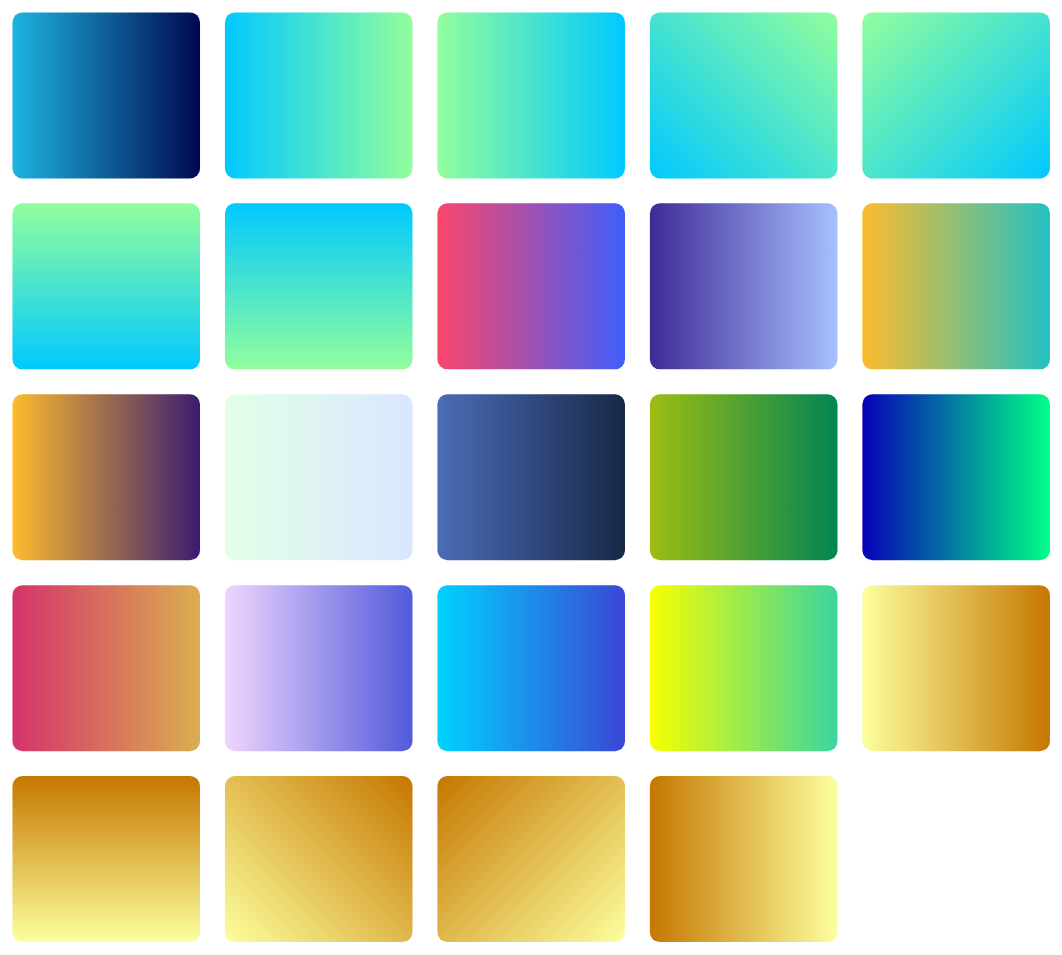
Repository: LBprox3010/gradient
Page: index.html
The author's editor kept a copy of each file at every save. The page is drawn from the files as they stood at one save, then again after the next save.
The browser window is 1280 px wide. The pictures show the whole page, at 83% of full size.

Above is the page before, as saved 2022-02-24 08:34:39.

### index.html
<!DOCTYPE html>
<html lang="en">
  <head>
    <meta charset="UTF-8" />
    <meta http-equiv="X-UA-Compatible" content="IE=edge" />
    <meta name="viewport" content="width=device-width, initial-scale=1.0" />
    <title>Get gradient by LB/ Charles</title>
    <link rel="stylesheet" href="style.css" />
  </head>
  <body>
    <div class="root getGradient"></div>

    <script src="./app.js"></script>
  </body>
</html>

### style.css
@import url("https://fonts.googleapis.com/css2?family=Poppins:wght@100;200;300;400;500;600;700;800;900&display=swap");
*,
*::before,
*::after {
  box-sizing: border-box;
}
* {
  margin: 0;
}

html,
body {
  height: 100%;
  font-family: "Poppins", sans-serif;
}
body {
  line-height: 1.5;
  -webkit-font-smoothing: antialiased;
  -webkit-tap-highlight-color: rgba(0, 0, 0, 0);
}

img,
picture,
video,
canvas,
svg {
  display: block;
  max-width: 100%;
}
input,
button,
textarea,
select {
  font: inherit;
  outline: none;
  border: none;
}
p,
h1,
h2,
h3,
h4,
h5,
h6 {
  overflow-wrap: break-word;
}

body {
  position: relative;
}

.getGradient {
  padding: 15px;
  display: grid;
  grid-template-columns: repeat(auto-fit, minmax(200px, 1fr));
  gap: 30px;
}

span {
  display: block;
  height: 200px;
  border-radius: 12px;
  overflow: hidden;
  cursor: pointer;
  padding: 40px;
  font-size: 18px;
  font-weight: 600;
}

@keyframes onClick {
  0% {
    opacity: 0;
    visibility: hidden;
  }
  50% {
    opacity: 1;
    visibility: visible;
  }
  100% {
    opacity: 0;
    visibility: hidden;
  }
}

.overlay {
  position: fixed;
  inset: 0;
  animation-name: onClick;
  animation-duration: 1.25s;
  display: flex;
  align-items: center;
  z-index: 100;
}

.overlay span {
  background: white;
  padding: 86px 0;
  width: 100%;
  border-radius: 0;
  font-size: 48px;
  font-weight: 700;
  display: flex;
  justify-content: center;
  align-items: center;
}

body {
  position: relative;
}

### app.js
const $ = document.querySelector.bind(document);
const $$ = document.querySelectorAll.bind(document);
const root = $(".root");

const list = [
  "linear-gradient(90deg, #1CB5E0 0%, #000851 100%)",
  "linear-gradient(90deg, #00C9FF 0%, #92FE9D 100%)",
  "linear-gradient(-90deg, #00C9FF 0%, #92FE9D 100%)",
  "linear-gradient(45deg, #00C9FF 0%, #92FE9D 100%)",
  "linear-gradient(-45deg, #00C9FF 0%, #92FE9D 100%)",
  "linear-gradient(0deg, #00C9FF 0%, #92FE9D 100%)",
  "linear-gradient(180deg, #00C9FF 0%, #92FE9D 100%)",
  "linear-gradient(90deg, #FC466B 0%, #3F5EFB 100%)",
  "linear-gradient(90deg, #3F2B96 0%, #A8C0FF 100%)",
  "linear-gradient(90deg, #FDBB2D 0%, #22C1C3 100%)",
  "linear-gradient(90deg, #FDBB2D 0%, #3A1C71 100%)",
  "linear-gradient(90deg, #e3ffe7 0%, #d9e7ff 100%)",
  "linear-gradient(90deg, #4b6cb7 0%, #182848 100%)",
  "linear-gradient(90deg, #9ebd13 0%, #008552 100%)",
  "linear-gradient(90deg, #0700b8 0%, #00ff88 100%)",
  "linear-gradient(90deg, #d53369 0%, #daae51 100%)",
  "linear-gradient(90deg, #efd5ff 0%, #515ada 100%)",
  "linear-gradient(90deg, #00d2ff 0%, #3a47d5 100%)",
  "linear-gradient(90deg, #f8ff00 0%, #3ad59f 100%)",
  "linear-gradient(90deg, #fcff9e 0%, #c67700 100%)",
  "linear-gradient(0, #fcff9e 0%, #c67700 100%)",
  "linear-gradient(45deg, #fcff9e 0%, #c67700 100%)",
  "linear-gradient(-45deg, #fcff9e 0%, #c67700 100%)",
  "linear-gradient(-90deg, #fcff9e 0%, #c67700 100%)",
];

list.forEach((i) => {
  const span = document.createElement("span");
  span.style.background = i;
  span.className = "itemColor";
  span.setAttribute("data-color", i);
  root.appendChild(span);
});

if ($$(".itemColor")) {
  $$(".itemColor").forEach((item) => {
    item.addEventListener("click", function (e) {
      const over = document.createElement("div");
      const bkg = e.target.dataset.color;
      const textCopy = `background-color: ${bkg};`;
      const span = document.createElement("span");
      span.textContent = "Copied";
      over.appendChild(span);
      over.className = "overlay";
      over.style.background = bkg;
      document.body.appendChild(over);
      setTimeout(() => {
        over.parentNode.removeChild(over);
      }, 1200);
      //copy to clipboard
      const input = document.createElement("input");
      input.value = textCopy;
      input.select();
      navigator.clipboard.writeText(input.value);
    });
  });
}

After the next save:
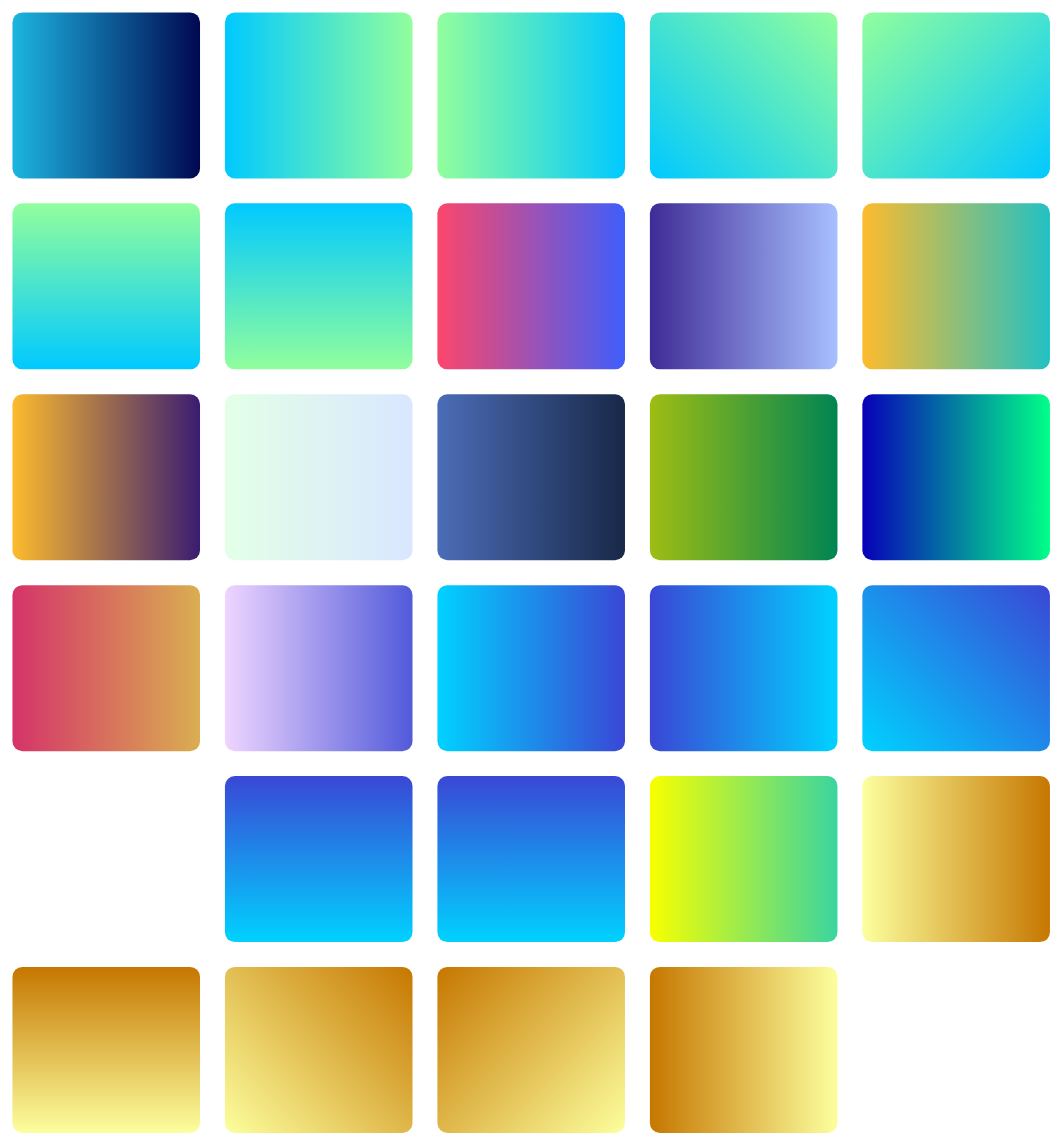
Saved 6 min 57 s later.
--- a/app.js
+++ b/app.js
@@ -21,6 +21,11 @@
   "linear-gradient(90deg, #d53369 0%, #daae51 100%)",
   "linear-gradient(90deg, #efd5ff 0%, #515ada 100%)",
   "linear-gradient(90deg, #00d2ff 0%, #3a47d5 100%)",
+  "linear-gradient(-90deg, #00d2ff 0%, #3a47d5 100%)",
+  "linear-gradient(45deg, #00d2ff 0%, #3a47d5 100%)",
+  "linear-gradient-450deg, #00d2ff 0%, #3a47d5 100%)",
+  "linear-gradient(0deg, #00d2ff 0%, #3a47d5 100%)",
+  "linear-gradient(1800deg, #00d2ff 0%, #3a47d5 100%)",
   "linear-gradient(90deg, #f8ff00 0%, #3ad59f 100%)",
   "linear-gradient(90deg, #fcff9e 0%, #c67700 100%)",
   "linear-gradient(0, #fcff9e 0%, #c67700 100%)",
